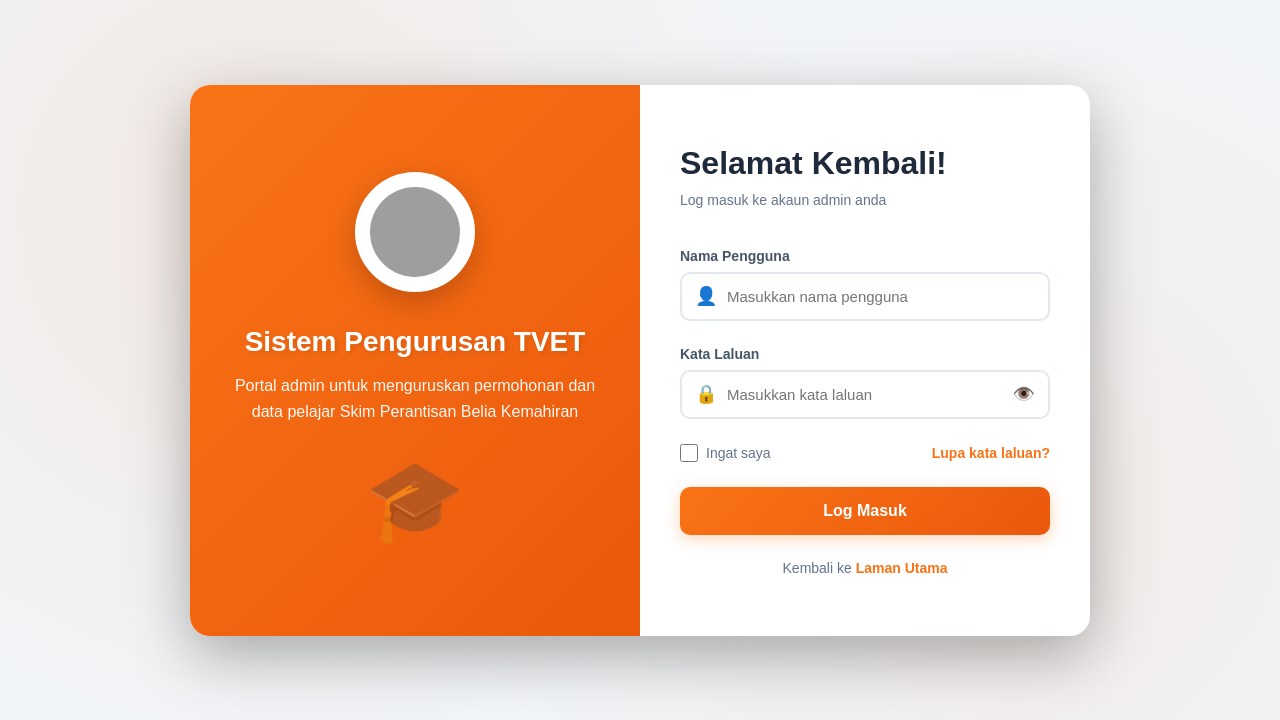
Repository: Aliyamai/SPB1KADMIN
Page: adminlogin.html
The author's editor kept a copy of each file at every save. The page is drawn from the files as they stood at one save, then again after a run of saves.
The browser window is 1280 px wide. The pictures show the whole page.
Pictures or frames that could not be fetched are drawn as grey boxes.

Above is the page before, as saved 2025-12-15 14:05:24.

After the next 3 saves:
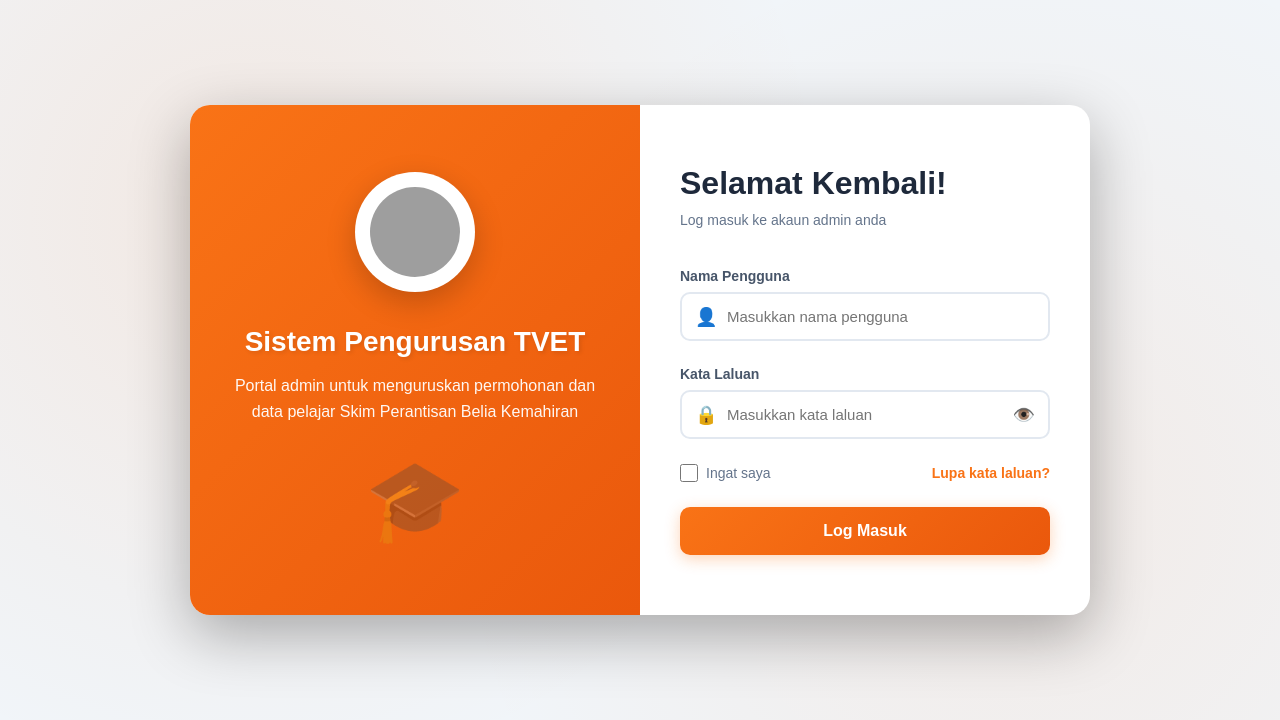
The 3 saves are shown as one change because they came seconds apart.
The last was saved 118 s later.
--- a/adminlogin.html
+++ b/adminlogin.html
@@ -392,10 +392,6 @@
           <div class="loading-spinner" id="loadingSpinner"></div>
         </button>
       </form>
-
-      <div class="back-home">
-        Kembali ke <a href="index.html">Laman Utama</a>
-      </div>
     </div>
   </div>
 
